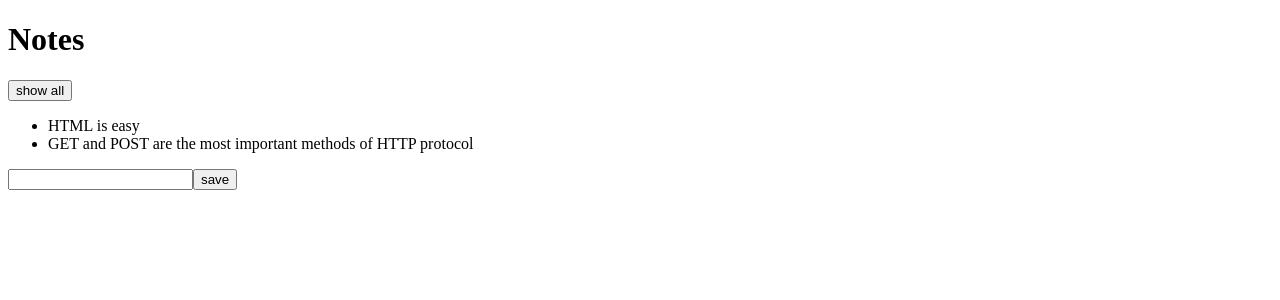
Repository: mariocapitbrok/helsinki-fullstack
Page: / (app in part2/)
The author's editor kept a copy of each file at every save. The page is drawn from the files as they stood at one save, then again after a run of saves.
The browser window is 1280 px wide. The pictures show the whole page.
The project was rebuilt for these pictures with package versions that can differ from the ones it lists, and the page was loaded fresh each time. Requests to the local data server were answered from the project's data file.

Above is the page before, as saved 2022-01-20 17:35:11.

After the next 3 saves:
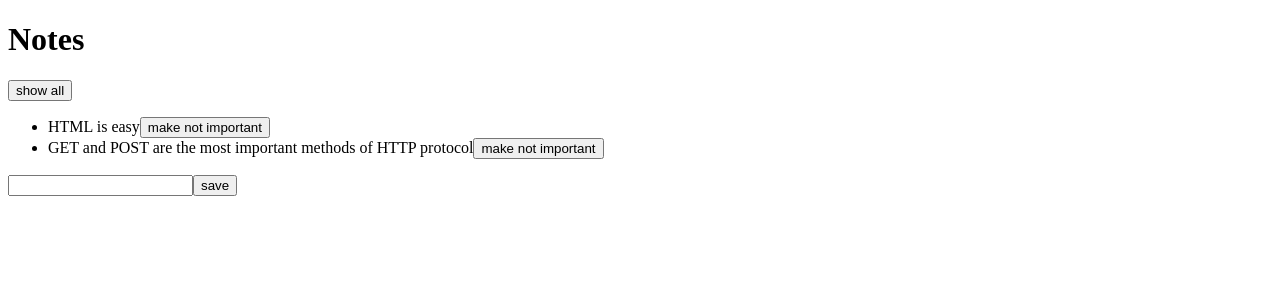
The 3 saves are shown as one change because 2 did not build or start.
The last was saved 13 min 50 s later.
--- a/part2/src/components/Note.js
+++ b/part2/src/components/Note.js
@@ -1,7 +1,13 @@
 import React from 'react'
 
-const Note = ({ note }) => {
-  return <li>{note.content}</li>
+const Note = ({ note, toggleImportance }) => {
+  const label = note.important ? 'make not important' : 'make important'
+  return (
+    <li>
+      {note.content}
+      <button onClick={toggleImportance}>{label}</button>
+    </li>
+  )
 }
 
 export default Note
